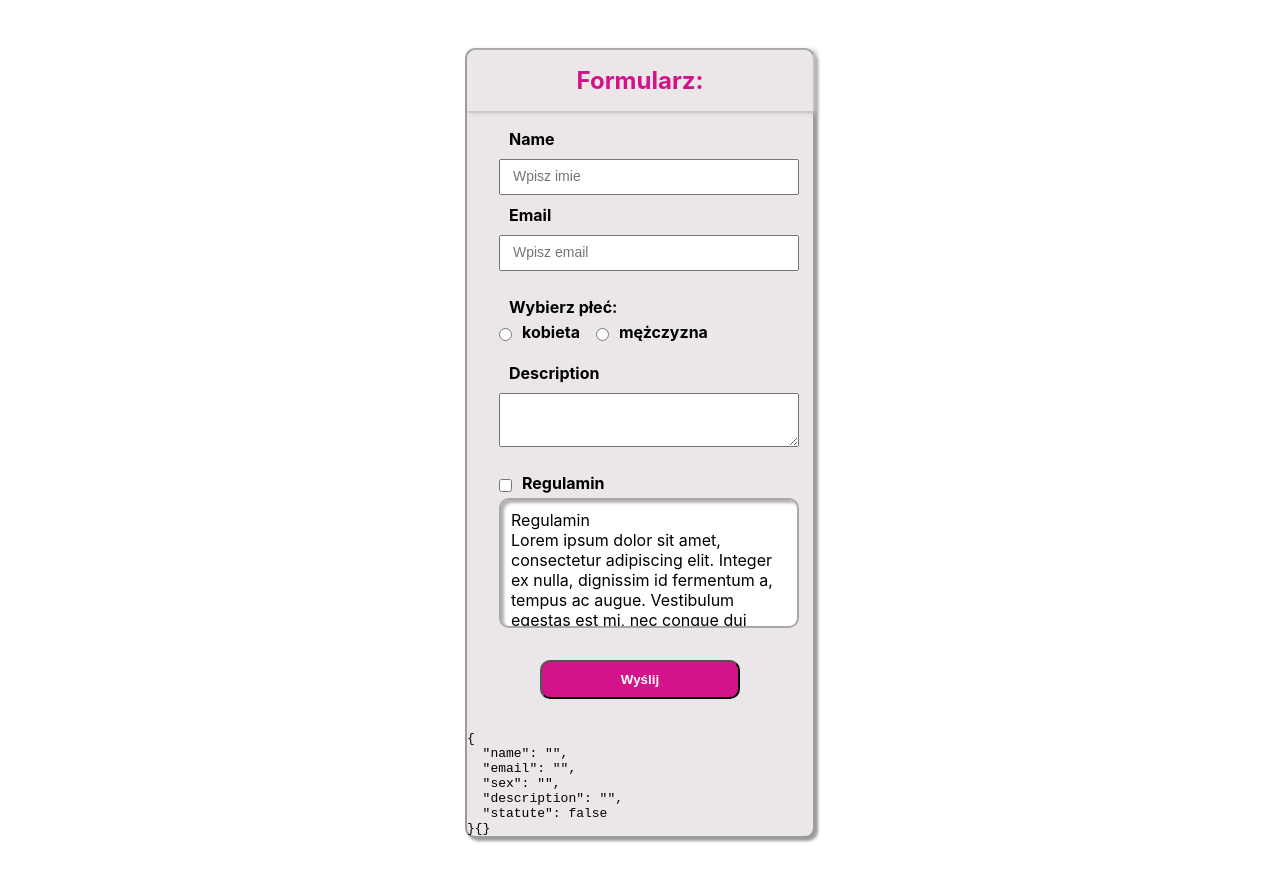
Repository: KrzysKolo/sr_tydzien4_zad3
Page: /
An editor plug-in stored every save of this project. The page is shown before and after the next save, followed by the edit.
The browser window is 1280 px wide. The pictures show the whole page.
The project was rebuilt for these pictures with package versions that can differ from the ones it lists, and the page was loaded fresh each time. Also part of the build but not shown: src/components/FormComponents/TextError.js.

Above is the page before, as saved 2020-11-19 15:22:30.

### src/App.js
import React from 'react';
import './App.css';
import FormikContainer from './components/Formik/FormikContainer';
import Header from './components/Header';
const App = () => {
  return (
    <main className="App">
      <Header />
      <FormikContainer />
    </main>
   );
}

export default App;

### src/App.css
* {
  margin: 0;
  padding: 0;
  box-sizing: border-box;
}
.App {
  margin: 3rem auto;
  width: 350px;
  background-color: rgb(235, 231, 232);
  border: 2px solid rgb(155, 155, 155);
  border-radius: 10px;
  box-shadow: 3px 3px 3px rgb(155, 155, 155);
}
.section {
  display: flex;
  flex-direction: column;
  margin: 1rem 2rem;
  justify-content: center;
}
label {
  font-weight: bold;
  display: flex;
  margin-bottom: 5px;
  margin-left: 10px;
}
input[type="text"],
input[type="email"],
textarea {
  display: block;
  width: 300px;
  padding: 6px 12px;
  font-size: 14px;
  line-height: 1.4285;
  color: #555;
  margin: 10px 0;
}
.error {
  color: red;
}
.row {
  display: flex;
  flex-direction: row;
  align-items: center;
  margin-right: 1rem;
}
.statute {
  border: 2px solid rgb(170, 169, 169);
  border-radius: 10px;
  box-shadow: inset 3px 3px 3px rgb(181, 177, 178);
  background: #ffffff;
  height: 130px;
  width: 300px;
  padding: 10px;
  overflow: auto;
}
.btn-send {
  background-color: rgba(211, 19, 137, 1);
  border-radius: 10px;
  color: white;
  cursor: pointer;
  font-weight: bold;
  margin: 1rem auto;
  padding: 10px;
  width: 200px;
  transition: all 0.3s ease-in-out;
}
.btn-send:hover {
  background-color: rgba(211, 19, 137, 0.5);
}
.header {
  color: rgba(211, 19, 137, 1);
  margin: 0 auto;
  text-align: center;
  font-weight: bold;
  border-bottom: 2px solid rgb(204, 201, 204);
  padding: 1rem;
  box-shadow: 3px 0 5px rgb(204, 201, 204);
}

### src/components/Formik/FormikContainer.js
import React, { useState } from 'react';
import { Formik, Form } from 'formik';
import * as yup from 'yup';
import FormikControl from './FormikControl';
import RadioOptions from './../../data/RadioOptions';

const FormikContainer = () => {
    const [systemMessage, setSystemMessage] = useState("");

    const onSubmit = (data, event) => {
      event.target.reset();
      setSystemMessage(<p>Dziękujemy za wysłanie!</p>);
    };
    const initialValues = {
        name: '',
        email: '',
        sex: '',
        description: '',
        statute: false,
    }

    const validationSchema = yup.object({
        name: yup.string().required("Imię jest obowiązkowe!").min(2,"Twóje imię musi mieć więcej niż 2 znaki!").max(30,'Twoje imię może mieć maxymalnie 30 znaków!'),
        email: yup.string().required("Email jest wymagany!").email("Adres zawiera błędy"),
        sex: yup.string().required('Zaznacz jedną wartość!'),
        description: yup.string().required('Wpisz kilka słów!').min(2, "Wpisz co najmniej 2 znaki").max(100, "Możesz wpisać max. 250 znaków"),
        statute: yup.boolean().required().oneOf([true], 'Musisz zaznaczyć regulamin!'),
    });
    const [ showMessage, setShowMessage ] = useState(false);

    return (
        <Formik
            initialValues={initialValues}
            validationSchema={validationSchema}
            onSubmit={onSubmit}
        >
            { ({formik, values, errors}) => (
                <Form className="form-wrapper">
                    <section className="section">
                        <FormikControl control='input' type='text' label='Name' name='name' placeholder="Wpisz imie"/>
                        <FormikControl control='input' type='email' label='Email' name='email' placeholder="Wpisz email"/>
                    </section>
                    <section className="section">
                        <FormikControl control='radio' label='Wybierz płeć: ' name='sex' options={RadioOptions}/>
                    </section>
                    <section className="section">
                        <FormikControl control='textarea' label='Description' name='description'/>
                    </section>
                    <section className="section">
                        <FormikControl control='checkbox' label='Regulamin' name='statute'/>
                        <div className="statute">
                            Regulamin<br/>
                            <p>Lorem ipsum dolor sit amet, consectetur adipiscing elit. Integer ex nulla, dignissim id fermentum a, tempus ac augue. Vestibulum egestas est mi, nec congue dui mollis vitae. Nam dictum lectus non mauris hendrerit efficitur. Donec imperdiet nec nibh et interdum. Fusce ornare consequat sapien. Pellentesque rhoncus tempor vulputate. Aliquam eu diam laoreet, tincidunt nulla ut, dignissim turpis. Aliquam est ante, luctus sed felis et, iaculis sollicitudin tellus. Cras congue tincidunt viverra. Sed vestibulum faucibus lacus, eu dictum lorem porta id. Praesent a placerat ligula. Vestibulum faucibus ornare erat, id elementum est vehicula eu. Nunc pulvinar dolor lacus. Vestibulum dapibus efficitur orci, ac rhoncus augue auctor ut.</p>
                        </div>
                    </section>
                    <section className="section">
                         <button className="btn-send" type="submit">Wyślij</button>
                    </section>
                    <pre>
                        {JSON.stringify(values, null, 2)}
                        {JSON.stringify(errors, null, 2)}

                    </pre>
                    <>{systemMessage}</>

                </Form>
            )

            }

        </Formik>
    )
}
export default FormikContainer;

### src/components/Header.js
import React from 'react';
const Header = () => {
    return (
        <section className="header">
            <h2>Formularz: </h2>
        </section>
     );
}

export default Header;

### src/components/Formik/FormikControl.js
import { Input, Radio, Checkbox, TextArea } from './../FormComponents/';


const FormikControl = (props) => {
    const { control, ...rest } = props;
    switch(control) {
        case 'input': return <Input {...rest} />
        case 'radio': return <Radio {...rest} />
        case 'textarea': return <TextArea {...rest} />
        case 'checkbox': return <Checkbox {...rest} />
        default: return null
    }
}

export default FormikControl;

### src/data/RadioOptions.js
const RadioOptions=[
    { id: 0, value: "kobieta", label: 'kobieta' },
    { id: 1, value: "mężczyzna", label: 'mężczyzna' },
   ];
export default RadioOptions;

### src/components/FormComponents/index.js
export { default as Input } from "./Input";
export { default as Radio } from "./Radio";
export { default as Checkbox } from "./Checkbox";
export { default as TextArea } from "./TextArea";

### src/components/FormComponents/Input.js
import React from 'react';
import{ Field, ErrorMessage } from 'formik';
import TextError from './TextError';

const Input = (props) => {
    const { label, name, ...rest } = props;
    return (
        <div className="form-control">
             <label htmlFor={name}>{label}</label>
            <Field id={name} name={name} {...rest} />
            <ErrorMessage name={name} component={TextError} />
        </div>
     );
}

export default Input;

### src/components/FormComponents/Radio.js
import React from 'react';
import{ Field, ErrorMessage } from 'formik';
import TextError from './TextError';

const Radio = (props) => {
    const { label, name, options, ...rest } = props;
    return (
        <div className="form-control">
            <label htmlFor={name}>{label}</label>
            <div className="row">
                <Field name={name} {...rest}>
                    {
                    ({ field }) => {
                        return options.map(option => {
                            return (
                                <div className="row" key={option.id} >
                                    <input type='radio' id={option.id} {...field} value={option.value} checked={field.value === option.value}/>
                                    <label htmlFor={option.id}>{option.label}</label>
                                </div>
                            )
                        })
                    }
                    }
                </Field>
            </div>
            <ErrorMessage name={name} component={TextError} />
        </div>
     );
}

export default Radio;

### src/components/FormComponents/Checkbox.js
import React from 'react';
import{ Field, ErrorMessage } from 'formik';
import TextError from './TextError';

const Checkbox = (props) => {
    const { label, name, ...rest } = props;
    return (
        <div className="form-control">
            <div className="row">
                <Field type='checkbox' id={name} name="statute" {...rest}/>
                <label htmlFor={name}>{label}</label>
            </div>
            <ErrorMessage name={name} component={TextError} />
        </div>
     );
}

export default Checkbox;

### src/components/FormComponents/TextArea.js
import React from 'react';
import{ Field, ErrorMessage } from 'formik';
import TextError from './TextError';

const TextArea = (props) => {
    const { label, name, ...rest } = props;
    return (
        <div className="form-control">
            <label htmlFor={name}>{label}</label>
            <Field as ='textarea' id={name} name={name} {...rest} />
            <ErrorMessage name={name} component={TextError} />
        </div>
     );
}

export default TextArea;

Loaded but not shown: public/index.html (common file); src/index.js (common file); src/index.css (common file)

After the next save:
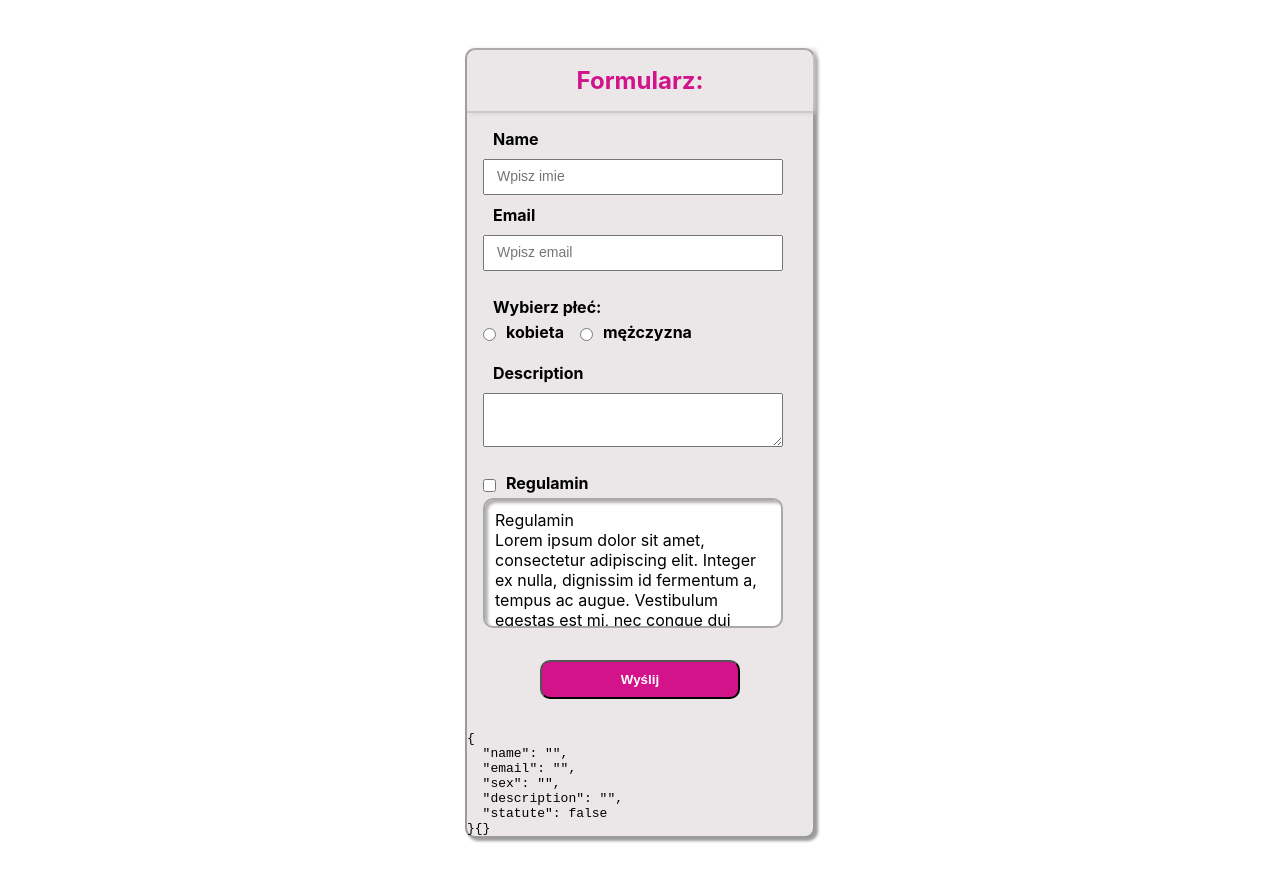
Saved 11 s later.
--- a/src/App.css
+++ b/src/App.css
@@ -14,7 +14,7 @@
 .section {
   display: flex;
   flex-direction: column;
-  margin: 1rem 2rem;
+  margin: 1rem 1rem;
   justify-content: center;
 }
 label {
